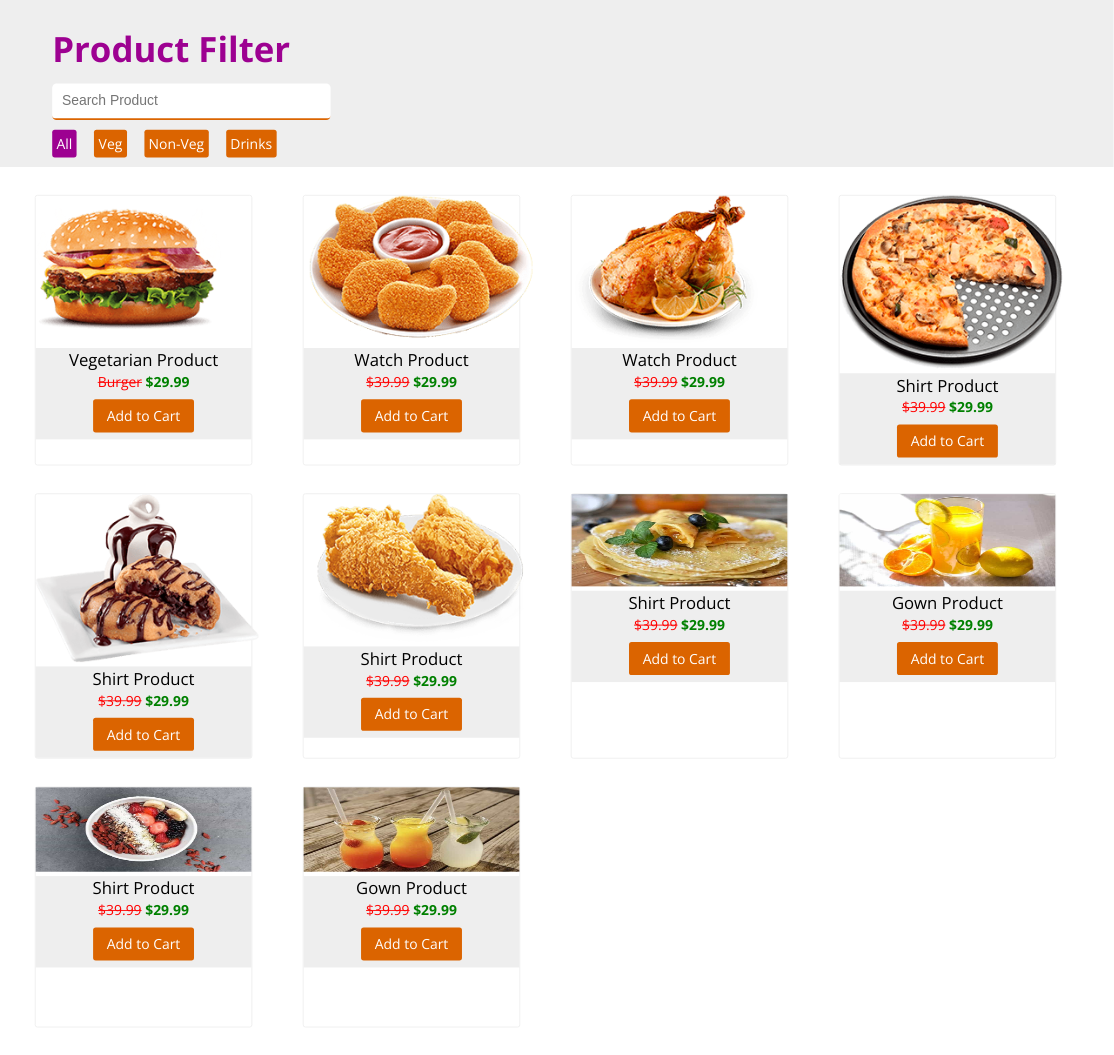
Repository: Shreya200012/FoodBox
Page: foodWeb/src/main/webapp/filter.html
These files come from the project's save history. The page is drawn as it stood at one moment and after the next save; the edit follows.
The browser window is 1280 px wide. The pictures show the whole page, at 87% of full size.
Some web libraries are served in a nearby version.

Above is the page before, as saved 2022-06-14 07:40:28.

After the next save:
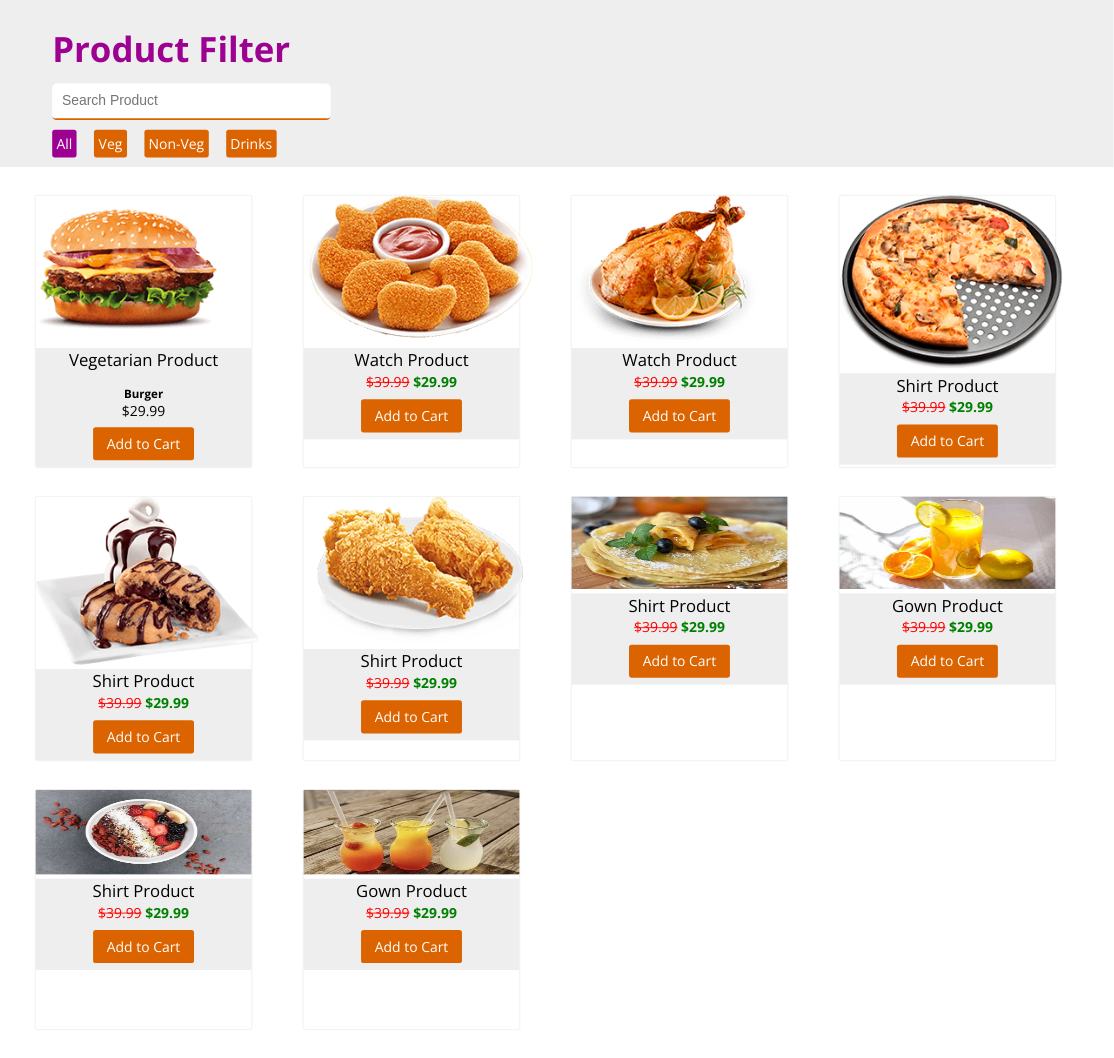
Saved 15 s later.
--- a/foodWeb/src/main/webapp/filter.html
+++ b/foodWeb/src/main/webapp/filter.html
@@ -37,7 +37,7 @@
             <img src="images/dish-1.png" alt="">
             <div class="product-details">
                 <h2>Vegetarian Product</h2>
-                <p><span>Burger</span> $29.99</p>
+                <p><h5>Burger</h5> $29.99</p>
                 <a href="#">Add to Cart</a>
             </div>
         </div>
